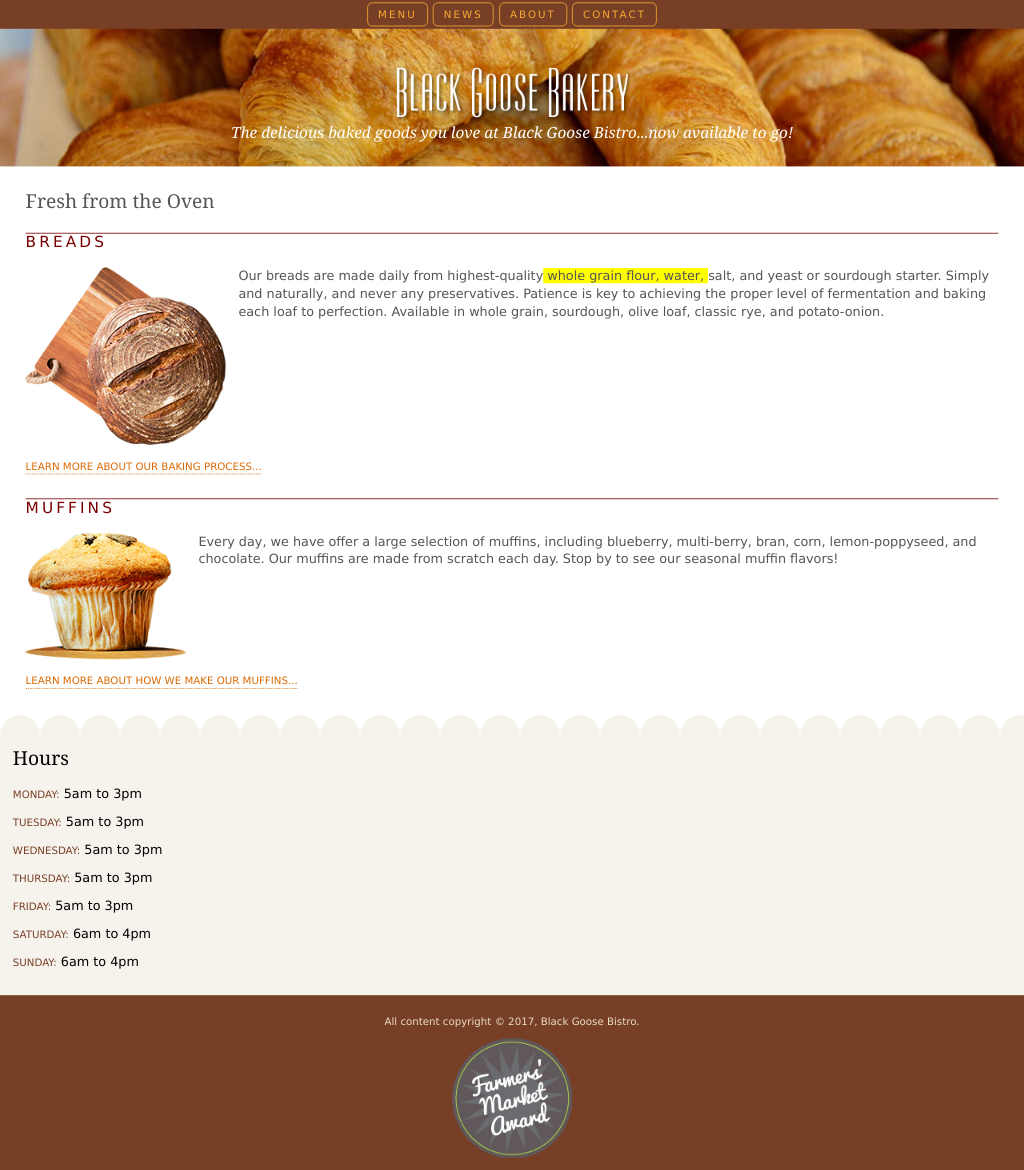
Repository: Colo-Codes/code-practice
Page: 02-css-practice-9.html
An editor plug-in stored every save of this project. The page is shown before and after the next save, followed by the edit.
The browser window is 1280 px wide. The pictures show the whole page, at 80% of full size.
Some web fonts or font styles are not loaded; a fallback is used.

Above is the page before, as saved 2021-06-04 12:34:12.

### 02-css-practice-9.html
<!doctype html>
<html>

<head>
  <meta charset="UTF-8">
  <title>Black Goose Bakery</title>
  <meta name="viewport" content="width=device-width, initial-scale=1">
  <link href="https://fonts.googleapis.com/css?family=Stint+Ultra+Expanded" rel="stylesheet">
  <style>
    @import url(./css/02-css-practice-9.css);
  </style>
</head>

<body>
  <div id="container">
    <header>
      <nav>
        <ul>
          <li><a href="">Menu</a></li>
          <li><a href="">News</a></li>
          <li><a href="">About</a></li>
          <li><a href="">Contact</a></li>
        </ul>
      </nav>
      <h1><img src="./images/bgb_logo.png" alt="Black Goose Bakery"></h1>
      <p>The delicious baked goods you love at Black Goose Bistro...now available to go!</p>
    </header>

    <main>
      <h2>Fresh from the Oven</h2>
      <h3>Breads</h3>
      <p><img src="./images/bread.png" alt="round loaf of bread on cutting board"> Our breads are made daily from
        highest-quality<span class="linelength"> whole grain flour, water, </span>salt, and yeast or sourdough starter.
        Simply and naturally, and never any preservatives. Patience is key to achieving the proper level of fermentation
        and baking each loaf to perfection. Available in whole grain, sourdough, olive loaf, classic rye, and
        potato-onion.</p>
      <p class="more"><a href="">Learn more about our baking process...</a></p>

      <h3>Muffins</h3>
      <p><img src="./images/muffin.png" alt="one chocolate chip muffin"> Every day, we have offer a large selection of
        muffins, including blueberry, multi-berry, bran, corn, lemon-poppyseed, and chocolate. Our muffins are made from
        scratch each day. Stop by to see our seasonal muffin flavors!</p>
      <p class="more"><a href="">Learn more about how we make our muffins...</a></p>
    </main>

    <aside>
      <h2>Hours</h2>
      <p><span class="day">Monday:</span> 5am to 3pm</p>
      <p><span class="day">Tuesday:</span> 5am to 3pm</p>
      <p><span class="day">Wednesday:</span> 5am to 3pm</p>
      <p><span class="day">Thursday:</span> 5am to 3pm</p>
      <p><span class="day">Friday:</span> 5am to 3pm</p>
      <p><span class="day">Saturday:</span> 6am to 4pm</p>
      <p><span class="day">Sunday:</span> 6am to 4pm</p>
    </aside>

    <footer>
      <p>All content copyright &copy; 2017, Black Goose Bistro.</p>
      <div id="award">
        <img src="./images/award.png" alt="Farmers' Market Award">
      </div>
    </footer>
  </div>
</body>

</html>

### css/02-css-practice-9.css
@charset "UTF-8";
html {
  box-sizing: border-box;
}
* {
  box-sizing: inherit;
}

body {
  font-family: Verdana, Arial, serif;
  font-size: 100%;
  background-color: white;
  margin: 0;
}

/* link styles */
a:link, a:visited { color: #DC6903; }
a:focus, a:hover, a:active { color: #F9AB33; }

a {
	 text-decoration: none;
	 border-bottom: 1px dotted;
	 padding-bottom: .2em;
}



/* header styles */
header {
	color: white;
	background: url(../images/croissants_banner.jpg) no-repeat center center;
	background-size: cover;
	text-align: center;
	height: 13em;
}
header h1 {
	margin-top: 1.5em;
}
header p {
	display: none;
}


/* nav styles */
nav, footer {
	font-family: verdana, sans-serif;
	background-color: #783F27;
}
nav ul li a:link, nav ul li a:visited {
	color: #F9AB33;
}
nav ul li a:focus, nav ul li a:hover, nav ul li a:active {
	color: #fff;
}
nav ul {
  margin: 0;
  padding: 0;
  list-style-type: none;
  display: flex;
  flex-wrap: wrap;
}

nav ul li {
    font-size: .8em;
	text-transform: uppercase;
	letter-spacing: .2em;
	flex: 1 1 50%;
}
nav ul li a {
  display: block;
  border: 1px solid;
  padding: .5em 1em;
  border-radius: .5em;
  margin: .25em;
  }


/* main "products" styles */
main {
	font-size: 1em;
	line-height: 1.4em;
	color: #555;
	margin: 2.5%;

}
h2 {
	font-family: Georgia, serif;
	font-weight: normal;
	font-size: 1.5em;
}
h3 {
	font-family: Verdana, sans-serif;
	font-weight: normal;
	font-size: 1.2em;
	text-transform: uppercase;
	letter-spacing: .2em;
	color: #7A0002;
	border-top: 1px solid;
	margin-top: 1.5em;
}
p.more {
	font-family: verdana, sans-serif;
	text-transform: uppercase;
	font-size: .8em;
	clear: left;
}
main img {
  display: block;
  margin: .5em auto;
}
/*




/* aside "hours" styles */
aside {
	background: url(../images/scallop_top.png) repeat-x left top;
	background-color: #F6F3ED;
	padding: 1em;

}
/* misc styles */
footer {
	color: #EADDC4;
	text-align: center;
	font-size: .8em;
	padding: 1em;
}
.day {
	color: #783F27;
	font-family: verdana, sans-serif;
	font-size: .8em;
	text-transform: uppercase;
}
.linelength {
	background: yellow;
}



/* Media queries */
@media screen and (min-width: 400px) {
    nav ul li {
        flex: none;
      }

      nav ul {
          justify-content: center;
      }
}

@media screen and (min-width: 480px) {
    main img {
        float: left;
        margin: 0 1em 1em 0;
    }
}

@media screen and (min-width: 600px) {
    header p {
        display: block;
        margin-top: -1.5em;
        font-family: Georgia, 'Times New Roman', Times, serif;
        font-style: italic;
        font-size: 1.2em;
    }

}

After the next save:
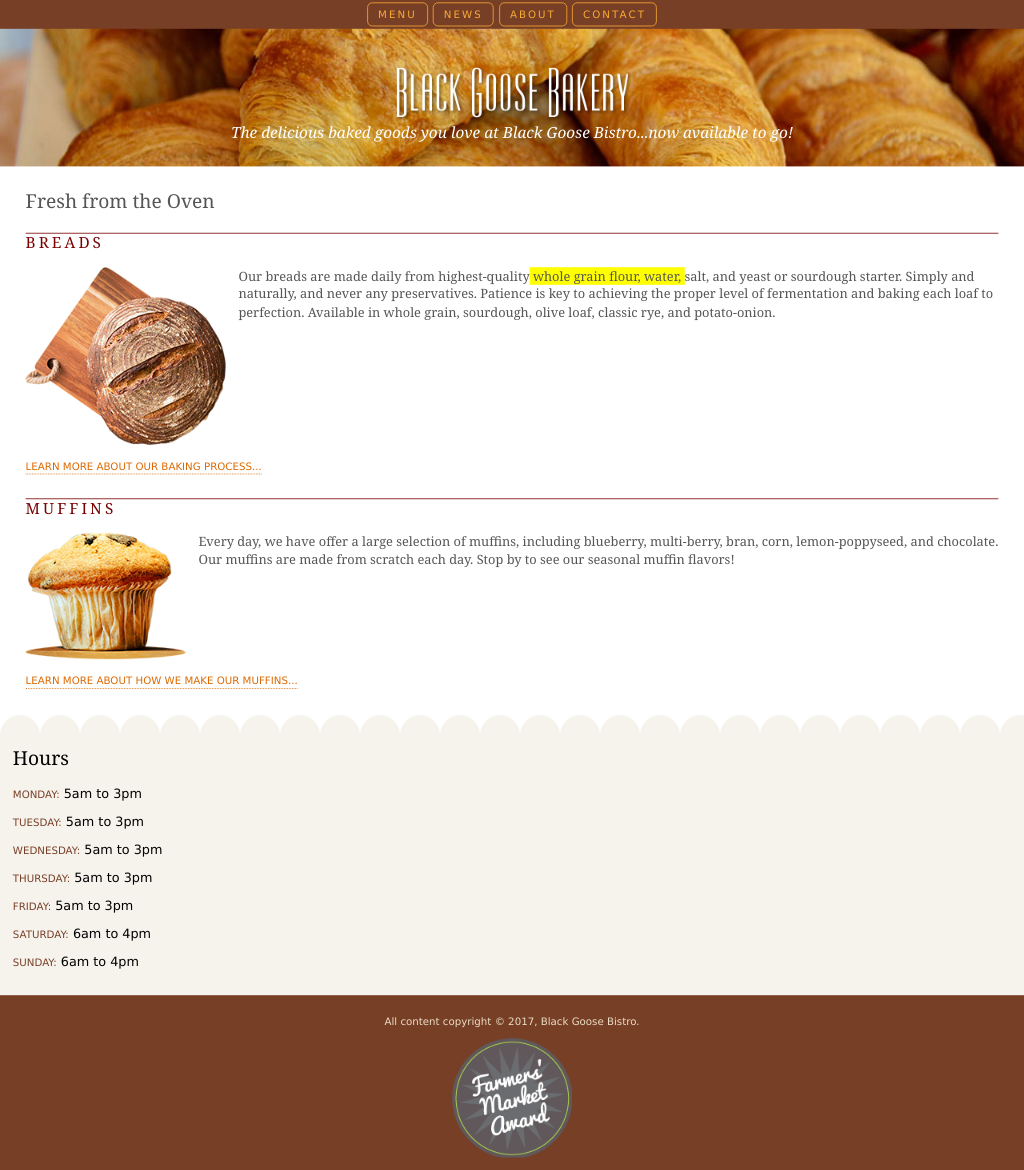
Saved 94 s later.
--- a/css/02-css-practice-9.css
+++ b/css/02-css-practice-9.css
@@ -166,4 +166,8 @@
         font-size: 1.2em;
     }
 
+    main, h2, h3 {
+        font-family: 'Stint Ultra Expanded', Georgia, 'Times New Roman', Times, serif;
+    }
+
 }
